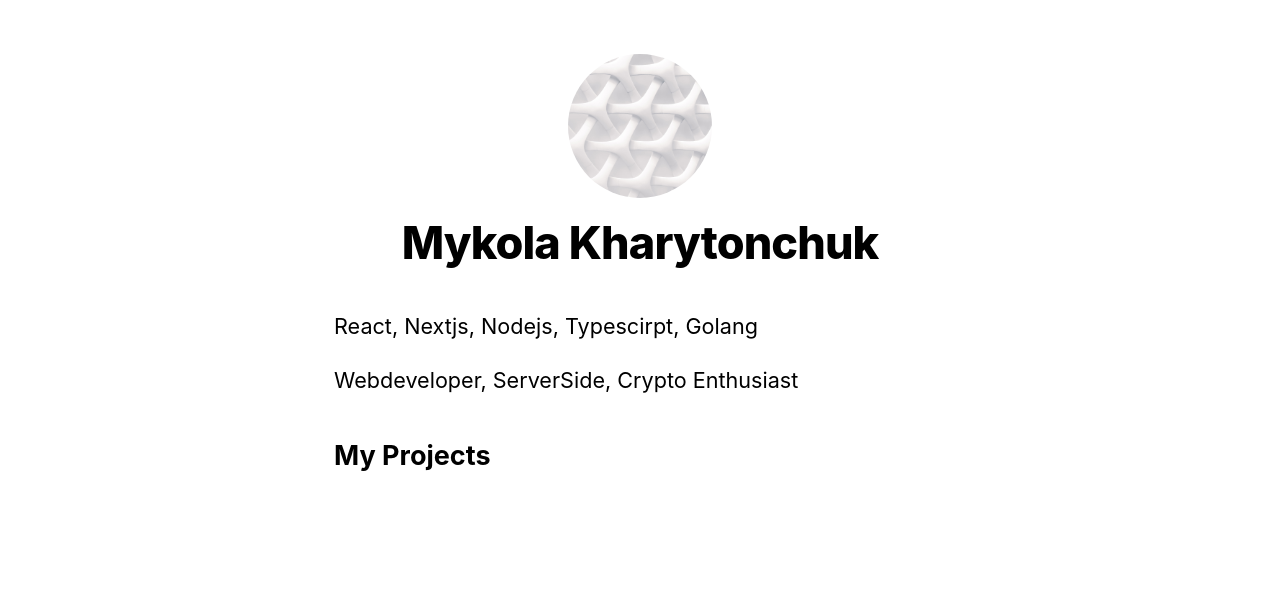
Repository: Mooninghnk/resume
Page: /
The author's editor kept a copy of each file at every save. The page is drawn from the files as they stood at one save, then again after the next save.
The browser window is 1280 px wide. The pictures show the whole page.
The project was rebuilt for these pictures with package versions that can differ from the ones it lists, and the page was loaded fresh each time. The framework's server and built-in components were replaced by stand-ins that run in the browser.

Above is the page before, as saved 2021-12-29 20:16:22.

After the next save:
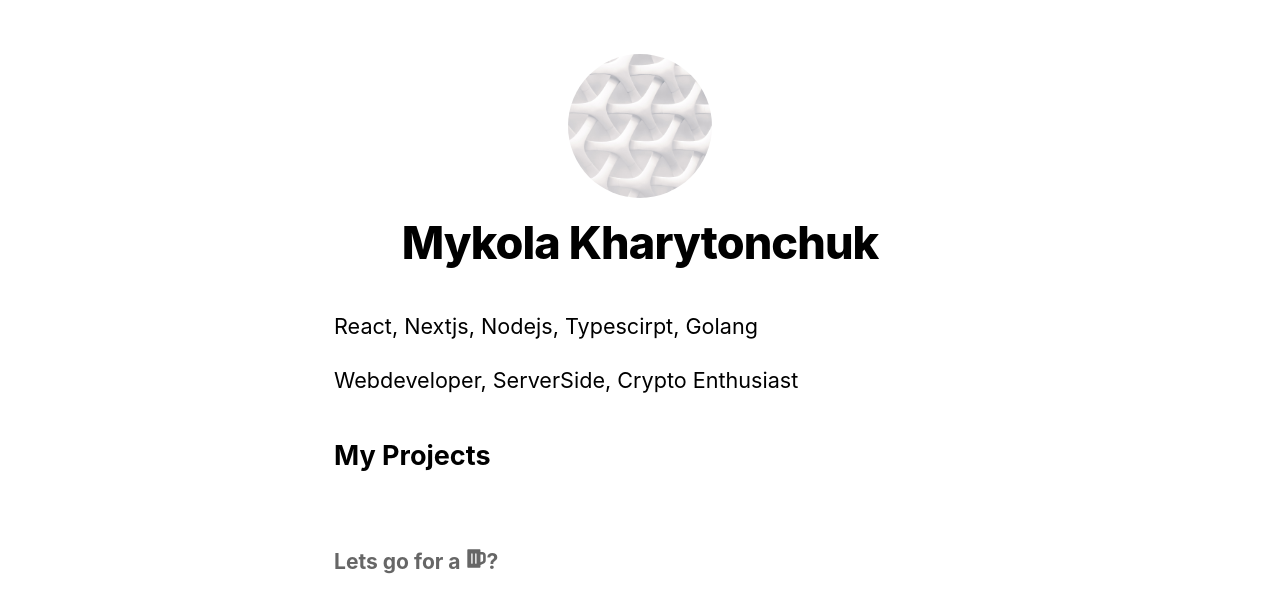
Saved 8 s later.
--- a/pages/index.tsx
+++ b/pages/index.tsx
@@ -24,7 +24,7 @@ export default function Home({ allPostsData }) {
 
               <br />
               <small className={utilStyles.lightText}>
-
+              <h3> Lets go for a <FaBeer />? </h3>
               </small>
             </li>
 
